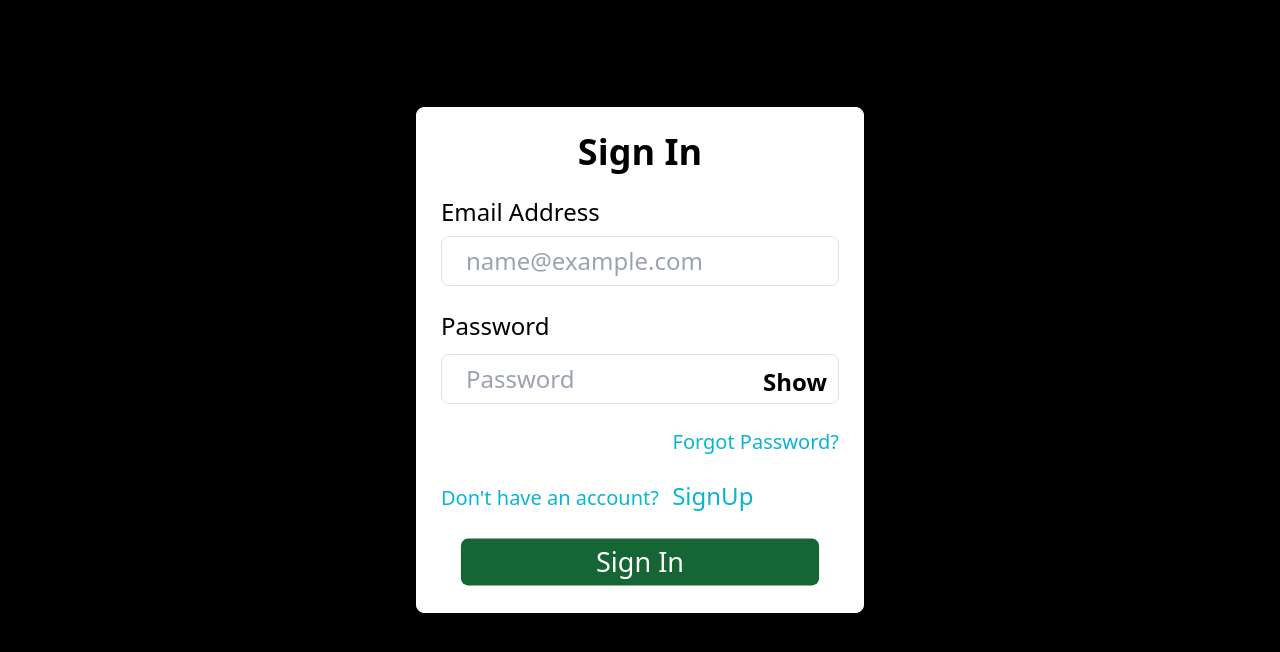
Repository: sayyad-mukthumsa-123/Movie-Verse
Page: /login (app in frontend/)
An editor plug-in stored every save of this project. The page is shown before and after the next save, followed by the edit.
The browser window is 1280 px wide. The pictures show the whole page.
The page's requests for data from a server got no answer. The project was rebuilt for these pictures with package versions that can differ from the ones it lists, and the page was loaded fresh each time. No one was signed in, and anything a server would have sent is missing. Also part of the build but not shown: frontend/src/pages/Welcome.jsx, frontend/src/components/Logout.jsx, frontend/src/components/Navbar.jsx, frontend/src/components/Cards.jsx, frontend/src/pages/Home.jsx, frontend/src/components/AvatarSelection.jsx, frontend/src/pages/SignUp.jsx, frontend/src/pages/MovieRecommendations.jsx and 17 more.

Above is the page before, as saved 2025-02-18 22:32:11.

### frontend/public/index.html
<!DOCTYPE html>
<html lang="en">

<head>
  <meta charset="utf-8" />
  <link rel="icon" href="%PUBLIC_URL%/favicon.ico" />
  <meta name="viewport" content="width=device-width, initial-scale=1" />
  <meta name="theme-color" content="#000000" />
  <meta name="description" content="Web site created using create-react-app" />
  <link rel="apple-touch-icon" href="%PUBLIC_URL%/logo192.png" />
  <!--
      manifest.json provides metadata used when your web app is installed on a
      user's mobile device or desktop. See https://developers.google.com/web/fundamentals/web-app-manifest/
    -->
  <link rel="manifest" href="%PUBLIC_URL%/manifest.json" />
  <link rel="stylesheet" href="https://cdn.jsdelivr.net/npm/bootstrap@5.3.2/dist/css/bootstrap.min.css"
    integrity="sha384-T3c6CoIi6uLrA9TneNEoa7RxnatzjcDSCmG1MXxSR1GAsXEV/Dwwykc2MPK8M2HN" crossorigin="anonymous" />
  <!--
      Notice the use of %PUBLIC_URL% in the tags above.
      It will be replaced with the URL of the `public` folder during the build.
      Only files inside the `public` folder can be referenced from the HTML.

      Unlike "/favicon.ico" or "favicon.ico", "%PUBLIC_URL%/favicon.ico" will
      work correctly both with client-side routing and a non-root public URL.
      Learn how to configure a non-root public URL by running `npm run build`.
    -->
  <title>MovieVerse</title>
</head>

<body>
  <noscript>You need to enable JavaScript to run this app.</noscript>
  <div id="root"></div>
  <!--
      This HTML file is a template.
      If you open it directly in the browser, you will see an empty page.

      You can add webfonts, meta tags, or analytics to this file.
      The build step will place the bundled scripts into the <body> tag.

      To begin the development, run `npm start` or `yarn start`.
      To create a production bundle, use `npm run build` or `yarn build`.
    -->
</body>

</html>

### frontend/src/index.css
/* body {
  margin: 0;
  font-family: -apple-system, BlinkMacSystemFont, 'Segoe UI', 'Roboto', 'Oxygen',
    'Ubuntu', 'Cantarell', 'Fira Sans', 'Droid Sans', 'Helvetica Neue',
    sans-serif;
  -webkit-font-smoothing: antialiased;
  -moz-osx-font-smoothing: grayscale;
}

code {
  font-family: source-code-pro, Menlo, Monaco, Consolas, 'Courier New',
    monospace;
} */


/* @tailwind base;
@tailwind components;
@tailwind utilities; */


/* @import "tailwindcss/base";
@import "tailwindcss/components";
@import "tailwindcss/utilities"; */


/* src/index.css */
@tailwind base;
@tailwind components;
@tailwind utilities;

### frontend/src/App.js
import { BrowserRouter, Route, Routes } from "react-router-dom";
import Welcome from "./pages/Welcome";
import Home from "./pages/Home";
import SignIn from "./pages/SignIn";
import SignUp from "./pages/SignUp";
import Details from "./pages/MovieDetail";
import MovieSearch from "./pages/MovieSearch";
import PopularMovies from "./pages/PopularMovies";
import TrendingMovies from "./pages/TrendingMovies";
import DirectorSearch from "./pages/DirectorSearch";
import HeroSearch from "./pages/HeroSearch";
import HeroineSearch from "./pages/HeroineSearch";
import Search from "./pages/Search";
import GenreSearch from "./pages/GenreSearch";
import LangSearch from "./pages/LangSearch";
import ProtectedRoute from "./components/ProtectedRoute"; // Import ProtectedRoute
import ProfilePage from "./pages/ProfilePage"; // ProfilePage component
import UpdateProfile from "./pages/UpdateProfile";
import ResetPassword from "./components/ResetPassword";
import ReviewRating from "./pages/ReviewRating";
import ContactUs from "./pages/ContactUs";
import MovieDetail from "./pages/MovieDetail";


const App = () => {
  return (
    <div className="App">

      <BrowserRouter>
        <Routes>

          <Route path="/" element={<Welcome />} />
          <Route path="/register" element={<SignUp />} />
          <Route path="/login" element={<SignIn />} />


          <Route
            path="/home_login"
            element={
              <ProtectedRoute>
                <Home />
              </ProtectedRoute>
            }
          />
          <Route
            path="/details"
            element={
              <ProtectedRoute>
                <Details />
              </ProtectedRoute>
            }
          />
          <Route
            path="/popular"
            element={
              <ProtectedRoute>
                <PopularMovies />
              </ProtectedRoute>
            }
          />
          <Route
            path="/trending"
            element={
              <ProtectedRoute>
                <TrendingMovies />
              </ProtectedRoute>
            }
          />
          <Route
            path="/search/movie"
            element={
              <ProtectedRoute>
                <MovieSearch />
              </ProtectedRoute>
            }
          />
          <Route
            path="/search/director"
            element={
              <ProtectedRoute>
                <DirectorSearch />
              </ProtectedRoute>
            }
          />
          <Route
            path="/search/hero"
            element={
              <ProtectedRoute>
                <HeroSearch />
              </ProtectedRoute>
            }
          />
          <Route
            path="/search/heroine"
            element={
              <ProtectedRoute>
                <HeroineSearch />
              </ProtectedRoute>
            }
          />
          <Route
            path="/search/genre"
            element={
              <ProtectedRoute>
                <GenreSearch />
              </ProtectedRoute>
            }
          />
          <Route
            path="/search/lang"
            element={
              <ProtectedRoute>
                <LangSearch />
              </ProtectedRoute>
            }
          />
          <Route
            path="/search"
            element={
              <ProtectedRoute>
                <Search />
              </ProtectedRoute>
            }
          />
          <Route
            path="/movie/:id"
            element={
              <ProtectedRoute>
                <Details />
              </ProtectedRoute>
            }
          />
          <Route path="api/profile/:email" element={
            <ProtectedRoute>
              <ProfilePage />
            </ProtectedRoute>}
          />
          <Route path="/update-profile/:email" element={
            <ProtectedRoute>
              <UpdateProfile />
            </ProtectedRoute>}
          />
          <Route path="/profile/:email" element={
            <ProtectedRoute><ProfilePage />
            </ProtectedRoute>} />
          <Route path="/reset-password/:email" element={

            <ResetPassword />

          }
          />


          {/* Movie review and rating route */}

          <Route path="/movie/:movieId/review-rating" element={
            <ProtectedRoute><ReviewRating />
            </ProtectedRoute>} />



          <Route path="/contact" element={
            <ProtectedRoute><ContactUs />
            </ProtectedRoute>} />

        </Routes>

      </BrowserRouter>
    </div>
  );
};

export default App;

### frontend/src/pages/SignIn.jsx
import React, { useEffect, useState } from "react";
import { Link, useNavigate } from "react-router-dom";
import { ToastContainer, toast } from "react-toastify";
import "react-toastify/dist/ReactToastify.css";

const SignIn = () => {
  const [email, setEmail] = useState("");
  const [password, setPassword] = useState("");
  const [passwordVisible, setPasswordVisible] = useState(false);
  const navigate = useNavigate();

  useEffect(() => {
    const token = localStorage.getItem("token");
    if (token) {
      navigate("/home_login"); // Redirect if already logged in
    }
  }, [navigate]);

  const togglePasswordVisibility = () => {
    setPasswordVisible(!passwordVisible);
  };

  const handleSubmit = async (event) => {
    event.preventDefault();

    if (!email || !password) {
      toast.error("Please fill in all fields.");
      return;
    }

    if (!/\S+@\S+\.\S+/.test(email)) {
      toast.error("Please provide a valid email.");
      return;
    }

    try {
      const response = await fetch("http://localhost:5000/login", {
        method: "POST",
        headers: {
          "Content-Type": "application/json",
        },
        body: JSON.stringify({ Email: email, Password: password }),
      });

      const data = await response.json();

      if (response.ok) {
        localStorage.setItem("token", data.token);
        localStorage.setItem("email", email); // Store email after successful sign-in
        toast.success("Sign in successful!");
        setTimeout(() => {
          navigate("/home_login");
        }, 2000);

      } else {
        toast.error(data.msg || "Invalid email or password.");
      }
    } catch (error) {
      toast.error("An error occurred. Please try again later.");
      console.error("Error:", error);
    }
  };

  const handleForgotPassword = () => {
    if (!email) {
      toast.error("Please enter your email to reset the password.");
      return;
    }
    navigate(`/reset-password/${email}`);
  };

  return (
    <div className="flex items-center justify-center min-h-screen bg-black">
      <div className="w-full max-w-md bg-white border border-white text-black rounded-lg shadow-md p-6">
        <h1 className="text-4xl font-bold  text-center mb-6">Sign In</h1>
        <form onSubmit={handleSubmit}>
          <div className="mb-4">
            <label htmlFor="email" className="block text-2xl mb-2 font-medium ">
              Email Address
            </label>
            <input
              type="email"
              id="email"
              className="w-full px-4 py-2 text-black border rounded-lg focus:outline-none focus:ring focus:ring-cyan-800 text-2xl"
              placeholder="name@example.com"
              value={email}
              onChange={(e) => setEmail(e.target.value)}
            />
          </div>
          <div className="mb-4 relative">
            <label htmlFor="password" className="block  mb-2 font-medium  text-2xl">
              Password
            </label>
            <input
              type={passwordVisible ? "text" : "password"}
              id="password"
              className="mt-1 w-full px-4 py-2 text-black border rounded-lg focus:outline-none focus:ring focus:ring-cyan-800 text-2xl"
              placeholder="Password"
              value={password}
              onChange={(e) => setPassword(e.target.value)}
            />
            <button
              type="button"
              className="absolute text-black top-14 right-3 text-2xl font-semibold  focus:outline-none"
              onClick={togglePasswordVisibility}
            >
              {passwordVisible ? "Hide" : "Show"}
            </button>
          </div>
          <div className="text-sm text-right mb-4">
            <button
              type="button"
              className="text-cyan-500 text-xl hover:underline focus:outline-none hover:scale-105 transition-transform"
              onClick={handleForgotPassword}
            >
              Forgot Password?
            </button>
          </div>
          <div className="text-xl mb-4 text-cyan-500">
            Don't have an account?{" "}
            <Link to="/register" className="inline-block mx-2 text-cyan-500 hover:underline hover:scale-105 transition-transform text-2xl">
              SignUp
            </Link>
          </div>
          <button
            type="submit"
            className="w-full scale-90 bg-green-800 text-3xl text-white py-2 px-4 rounded-lg hover:bg-green-700 focus:outline-none hover:scale-100 transition-transform"
          >
            Sign In
          </button>
        </form>
      </div>
      <ToastContainer />
    </div>
  );
};

export default SignIn;

### frontend/tailwind.config.js
module.exports = {
  content: [
    "./src/**/*.{js,jsx,ts,tsx}", // Include all source files in the frontend
  ],
  theme: {
    extend: {},
  },
  plugins: [],
};

Loaded but not shown: frontend/src/index.js (common file); frontend/src/reportWebVitals.js (common file)

After the next save:
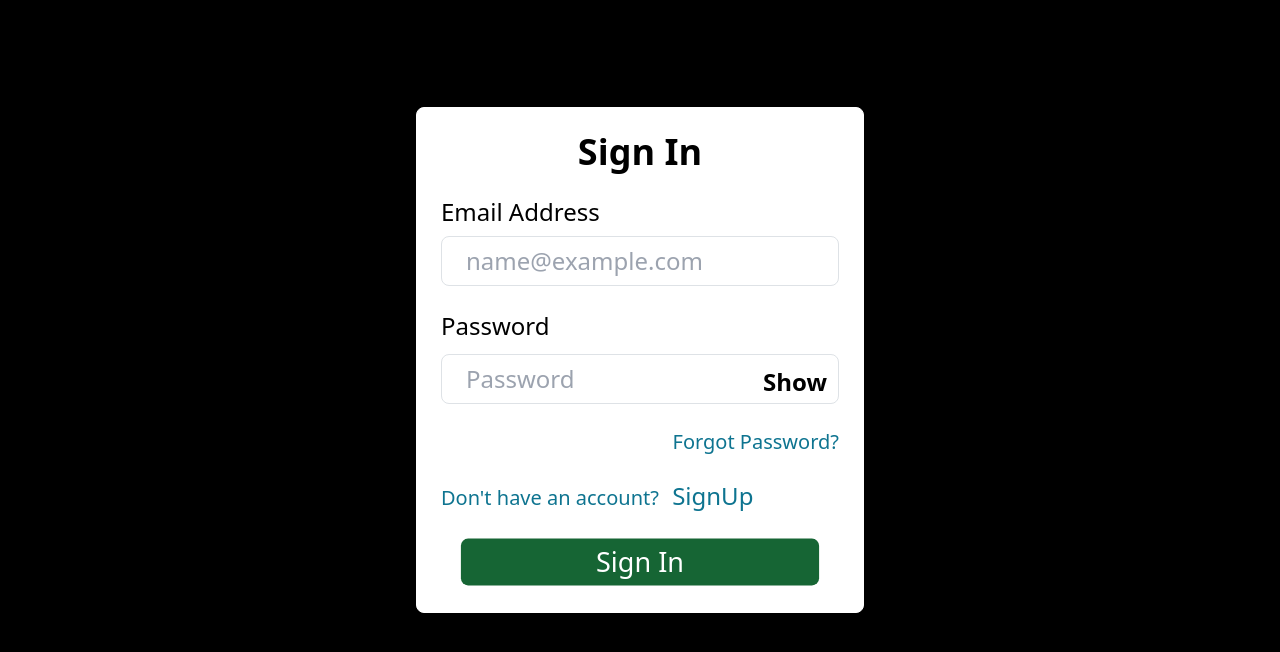
Saved 45 s later.
--- a/frontend/src/pages/SignIn.jsx
+++ b/frontend/src/pages/SignIn.jsx
@@ -110,15 +110,15 @@
           <div className="text-sm text-right mb-4">
             <button
               type="button"
-              className="text-cyan-500 text-xl hover:underline focus:outline-none hover:scale-105 transition-transform"
+              className="text-cyan-700 text-xl hover:underline focus:outline-none hover:scale-105 transition-transform"
               onClick={handleForgotPassword}
             >
               Forgot Password?
             </button>
           </div>
-          <div className="text-xl mb-4 text-cyan-500">
+          <div className="text-xl mb-4 text-cyan-700">
             Don't have an account?{" "}
-            <Link to="/register" className="inline-block mx-2 text-cyan-500 hover:underline hover:scale-105 transition-transform text-2xl">
+            <Link to="/register" className="inline-block mx-2 text-cyan-700 hover:underline hover:scale-105 transition-transform text-2xl">
               SignUp
             </Link>
           </div>
